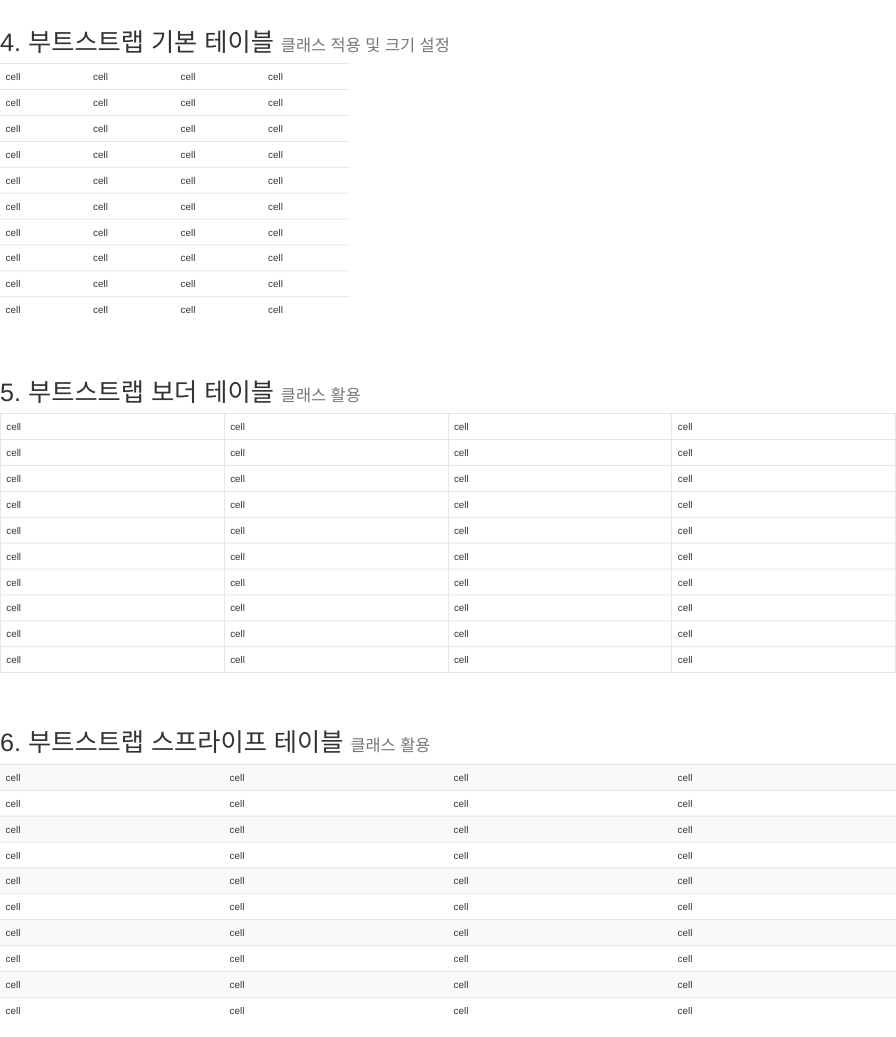
Repository: abbyinkr/BootstrapStudy
Page: BootStrapWork/WebContent/BootEx02.html
These files come from the project's save history. The page is drawn as it stood at one moment and after the next save; the edit follows.
The browser window is 1280 px wide. The pictures show the part of the page from y = 1109 to 3029 px (the page is 2590 px tall before and 3029 px after), at 70% of full size.

Above is the page before, as saved 2021-07-01 03:38:54.

After the next save:
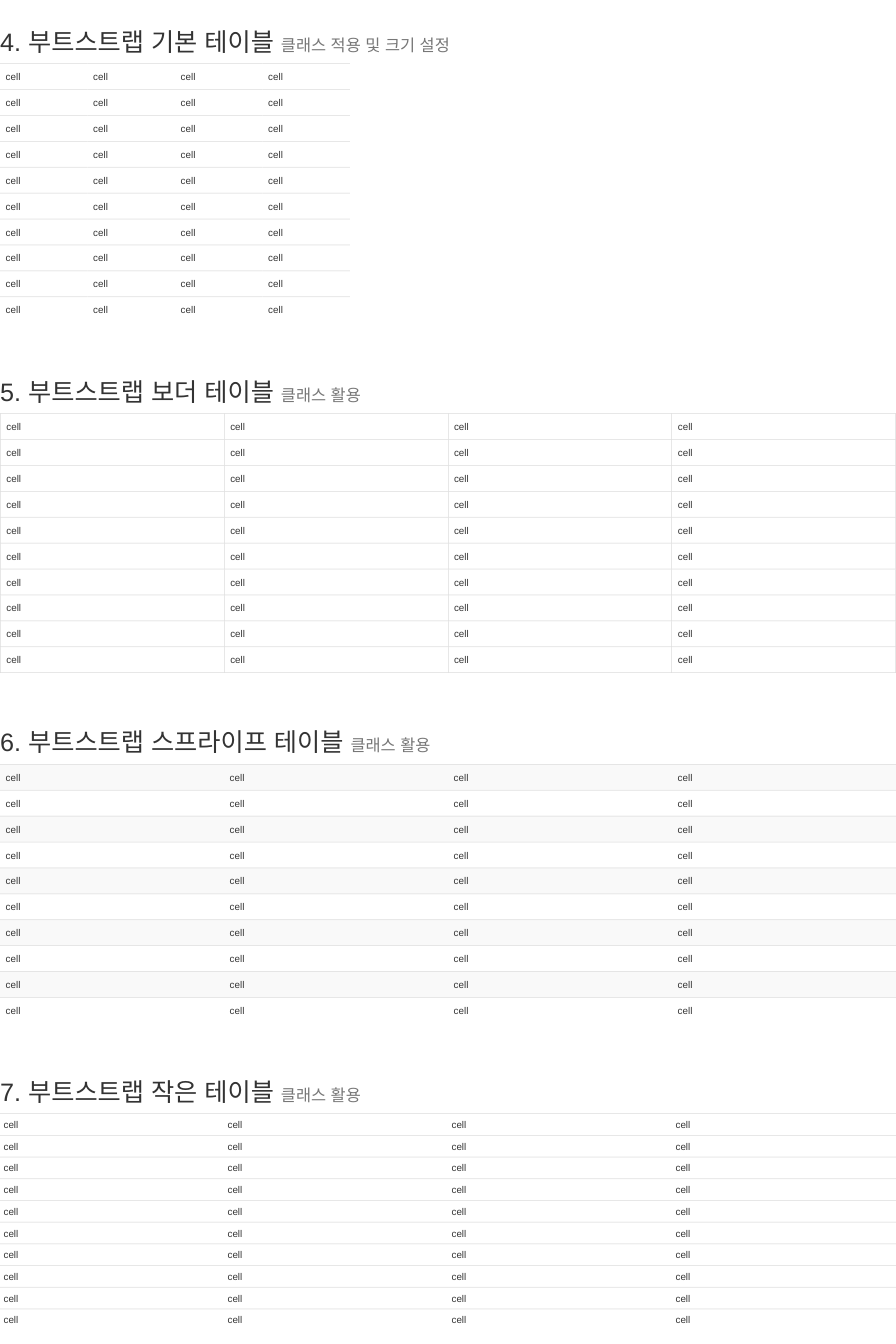
Saved 65 s later.
--- a/BootStrapWork/WebContent/BootEx02.html
+++ b/BootStrapWork/WebContent/BootEx02.html
@@ -435,6 +435,73 @@
 	</tr>
 </table>
 
+<br /><br />
+
+<h1>7. 부트스트랩 작은 테이블 <small>클래스 활용</small> </h1>
+
+<table class="table table-condensed">
+	<tr>
+		<td>cell</td>
+		<td>cell</td>
+		<td>cell</td>
+		<td>cell</td>
+	</tr>
+	<tr>
+		<td>cell</td>
+		<td>cell</td>
+		<td>cell</td>
+		<td>cell</td>
+	</tr>
+	<tr>
+		<td>cell</td>
+		<td>cell</td>
+		<td>cell</td>
+		<td>cell</td>
+	</tr>
+	<tr>
+		<td>cell</td>
+		<td>cell</td>
+		<td>cell</td>
+		<td>cell</td>
+	</tr>
+	<tr>
+		<td>cell</td>
+		<td>cell</td>
+		<td>cell</td>
+		<td>cell</td>
+	</tr>
+	<tr>
+		<td>cell</td>
+		<td>cell</td>
+		<td>cell</td>
+		<td>cell</td>
+	</tr>
+	<tr>
+		<td>cell</td>
+		<td>cell</td>
+		<td>cell</td>
+		<td>cell</td>
+	</tr>
+	<tr>
+		<td>cell</td>
+		<td>cell</td>
+		<td>cell</td>
+		<td>cell</td>
+	</tr>
+	<tr>
+		<td>cell</td>
+		<td>cell</td>
+		<td>cell</td>
+		<td>cell</td>
+	</tr>
+	<tr>
+		<td>cell</td>
+		<td>cell</td>
+		<td>cell</td>
+		<td>cell</td>
+	</tr>
+</table>
+
 
 
 
